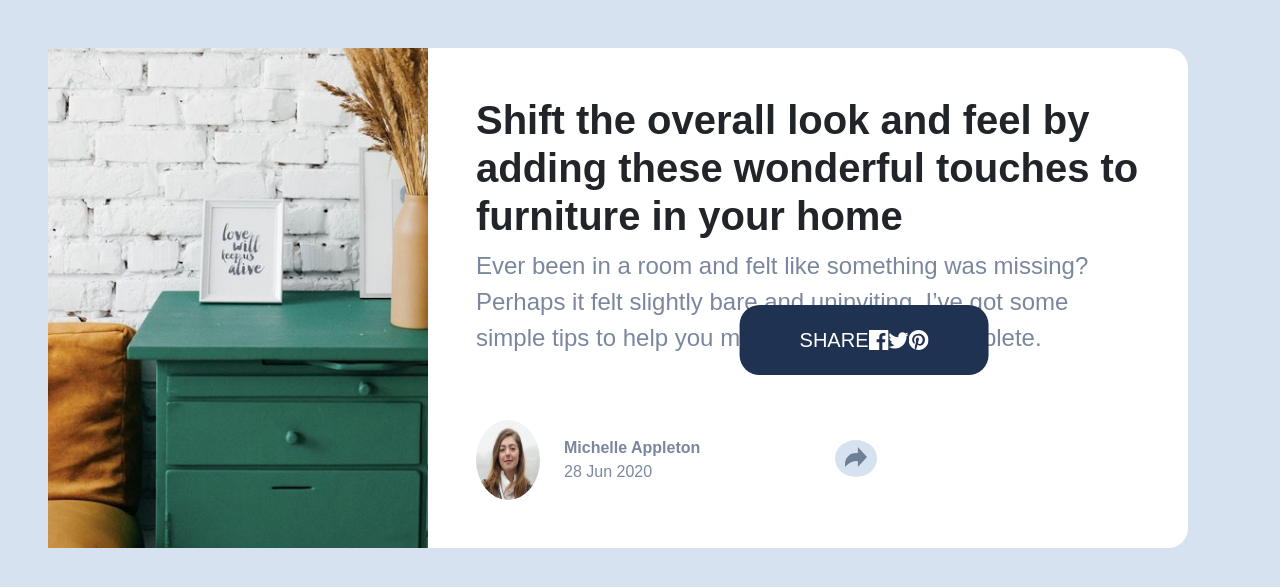
Repository: blordeus/article-preview-component
Page: index.html
The author's editor kept a copy of each file at every save. The page is drawn from the files as they stood at one save, then again after the next save.
The browser window is 1280 px wide. The pictures show the whole page.

Above is the page before, as saved 2024-05-17 17:32:54.

### index.html
<!DOCTYPE html>
<html lang="en">
<head>
  <meta charset="UTF-8">
  <meta name="viewport" content="width=device-width, initial-scale=1.0"> <!-- displays site properly based on user's device -->

  <link rel="icon" type="image/png" sizes="32x32" href="./images/favicon-32x32.png">
  <link href="https://cdn.jsdelivr.net/npm/bootstrap@5.3.3/dist/css/bootstrap.min.css" rel="stylesheet" integrity="sha384-QWTKZyjpPEjISv5WaRU9OFeRpok6YctnYmDr5pNlyT2bRjXh0JMhjY6hW+ALEwIH" crossorigin="anonymous">
  <script src defer="https://cdn.jsdelivr.net/npm/bootstrap@5.3.3/dist/js/bootstrap.bundle.min.js" integrity="sha384-YvpcrYf0tY3lHB60NNkmXc5s9fDVZLESaAA55NDzOxhy9GkcIdslK1eN7N6jIeHz" crossorigin="anonymous"></script>
  <script src defer="./socials.js"></script>
  <link rel="stylesheet" href="style.css">
  <title>Frontend Mentor | Article preview component</title>

</head>
<body class="container m-5">

  <main class="bg-color row">

    <section id="section-1" class="col-4">
    </section>

    <section class="col my-auto p-5">
      <h1 class="text-color fw-bold fs-1">Shift the overall look and feel by adding these wonderful touches to furniture in your home</h1>

      <p class="fs-4">
        Ever been in a room and felt like something was missing? Perhaps
        it felt slightly bare and uninviting. I’ve got some simple tips
        to help you make any room feel complete.
      </p>
      <div class="row pt-5">
        <div class="col d-flex">
          <img id="avatar" src="./images/avatar-michelle.jpg" alt="michelle">
            <div class="ms-4 vstack my-auto mt-3">
              <p class="fw-bold font-black fs-6">Michelle Appleton <br> <span class="fw-normal">28 Jun 2020</span></p>
            </div>
          </div>
          <div class="col my-auto">
              <div class="d-flex justify-content-evenly align-items-center popup">
                <p class="popup-text mt-3">SHARE</p>
                  <img id="facebook" src="./images/icon-facebook.svg" alt="facebook">
                  <img id="twitter" src="./images/icon-twitter.svg" alt="twitter">
                  <img id="pinterest" src="./images/icon-pinterest.svg" alt="pinterest">
              </div>
            <a href="#"><span class="share-background"><img id="share" src="./images/icon-share.svg" alt="share"></span></a>
          </div>
        </div>
      </div>
    </section>

  </main>
  <div class="attribution d-none">
    Challenge by <a href="https://www.frontendmentor.io?ref=challenge" target="_blank">Frontend Mentor</a>.
    Coded by <a href="#">Bryan Lordeus</a>.
  </div>
</body>
</html>

### style.css
/* root */
:root {
    --white: hsl(0, 0%, 100%);
    --light-gray: hsl(212, 45%, 89%);
    --grayish-blue: hsl(220, 15%, 55%);
    --dark-blue: hsl(218, 44%, 22%);
}

/* import Manrope font */
@import url('https://fonts.googleapis.com/css2?family=Manrope:wght@500;700&display=swap');

* {
    font-family: 'Manrope', sans-serif;
}


body {
    background-color: var(--light-gray);
}

main {
    background-color: var(--white);
    border-radius: 20px;

}

p {
    font-size: 13px;
    color: var(--grayish-blue);
}

#section-1 {
    background-image: url(./images/drawers.jpg);
    background-repeat: no-repeat;
    background-size: cover;
}

#avatar {
    /* make round */
    border-radius: 50%;
    /* make image smaller */
    width: 20%;
}

#share {
    width: 7%;
    position: static;
    margin-bottom: 2%;
}

.share-background {
    /* add light gray circle as background to icon */
    background-color: var(--light-gray);
    border-radius: 50%;
    padding: 10px;
    /* center icon */
    margin-left: 15px;
    margin-right: 15px;
    z-index: -2;
}

.popup {
    background-color: var(--dark-blue);
    border-radius: 20px;
    padding: 4px 60px;
    position: absolute;
    top: 50%;
    left: 50%;
    transform: translate(40%, -100%);
    z-index: 1;
    margin-top: 15px;
    margin-bottom: 15px;
}

.popup-text {
    color: var(--white);
    font-size: 20px;
}

After the next save:
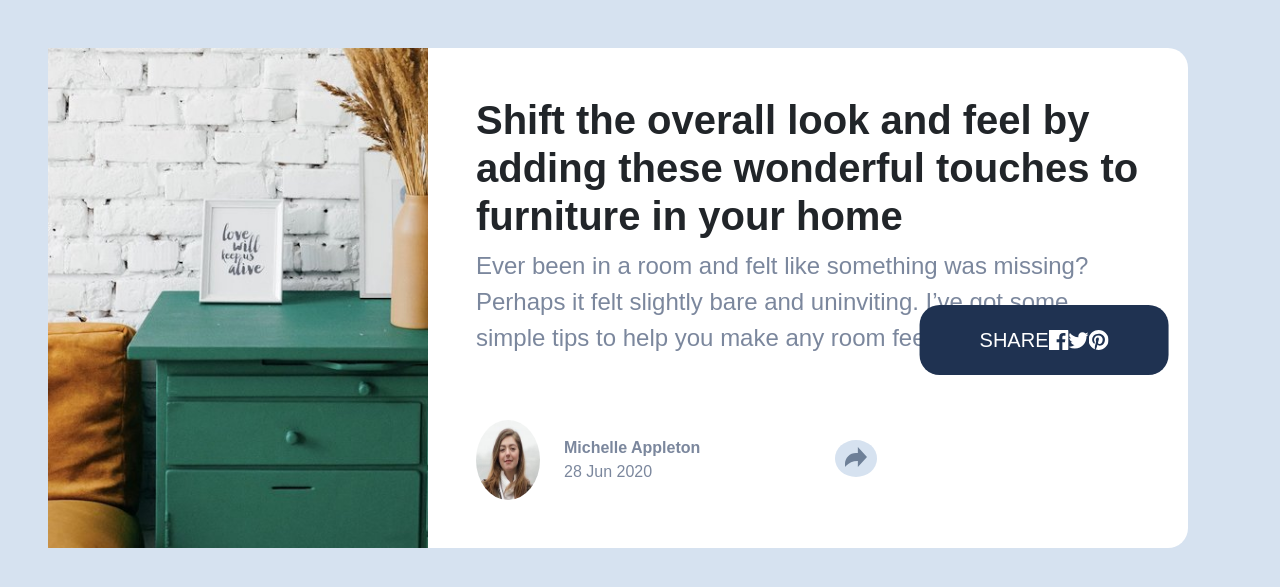
Saved 11 s later.
--- a/style.css
+++ b/style.css
@@ -65,7 +65,6 @@
     padding: 4px 60px;
     position: absolute;
     top: 50%;
-    left: 50%;
     transform: translate(40%, -100%);
     z-index: 1;
     margin-top: 15px;

After the save that followed:
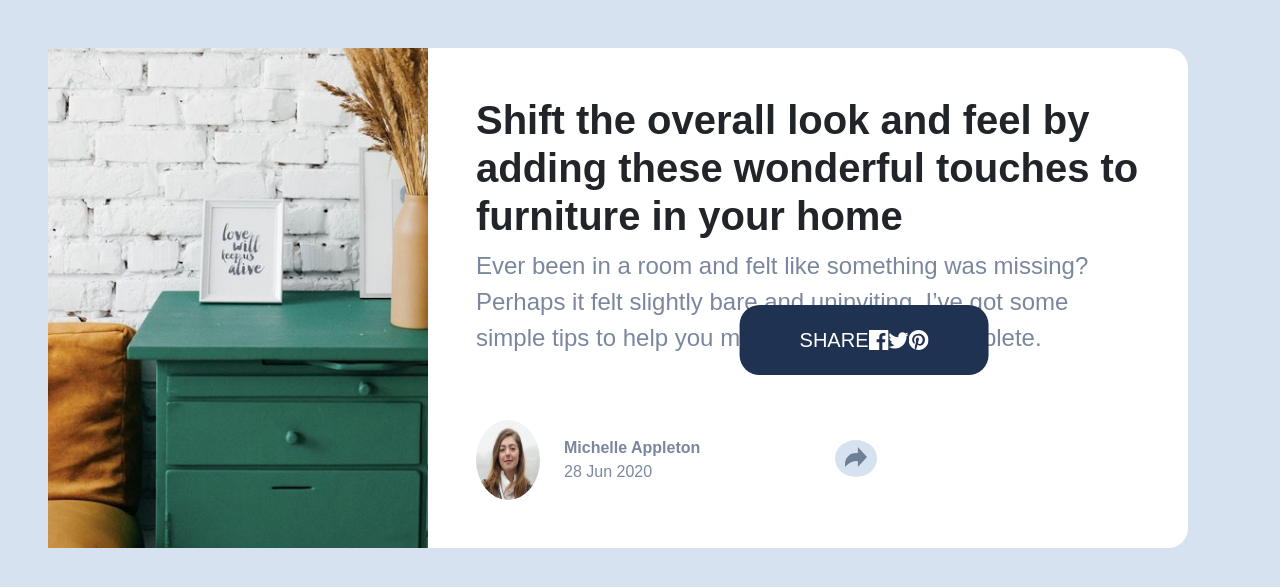
Saved 5 s later.
--- a/style.css
+++ b/style.css
@@ -65,6 +65,7 @@
     padding: 4px 60px;
     position: absolute;
     top: 50%;
+    left: 50%;
     transform: translate(40%, -100%);
     z-index: 1;
     margin-top: 15px;
